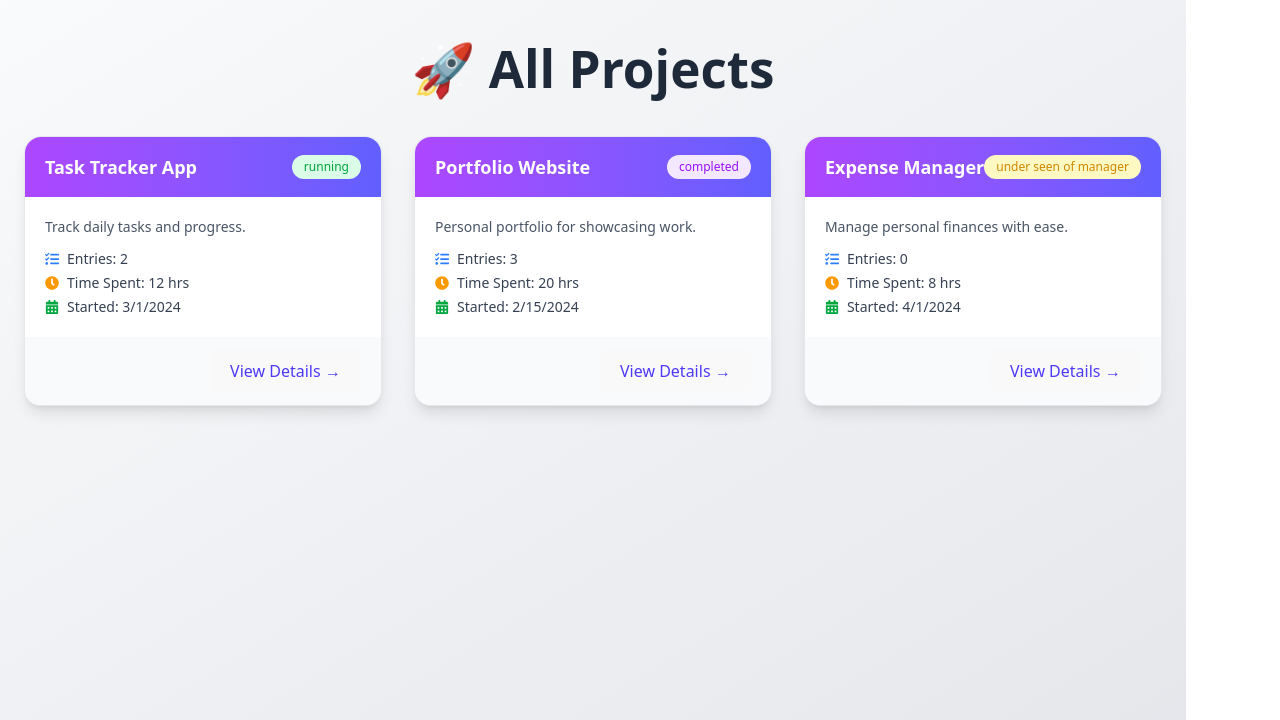
Repository: mohitagrawal0412/Workify
Page: /projects (app in client/)
These files come from the project's save history. The page is drawn as it stood at one moment and after the next save; the edit follows.
The browser window is 1280 px wide. The pictures show the whole page.
The project was rebuilt for these pictures with package versions that can differ from the ones it lists, and the page was loaded fresh each time. Also part of the build but not shown: client/vite.config.js, client/src/Components/Dashboard/Dashboard.jsx.

Above is the page before, as saved 2025-04-15 09:53:02.

After the next save:
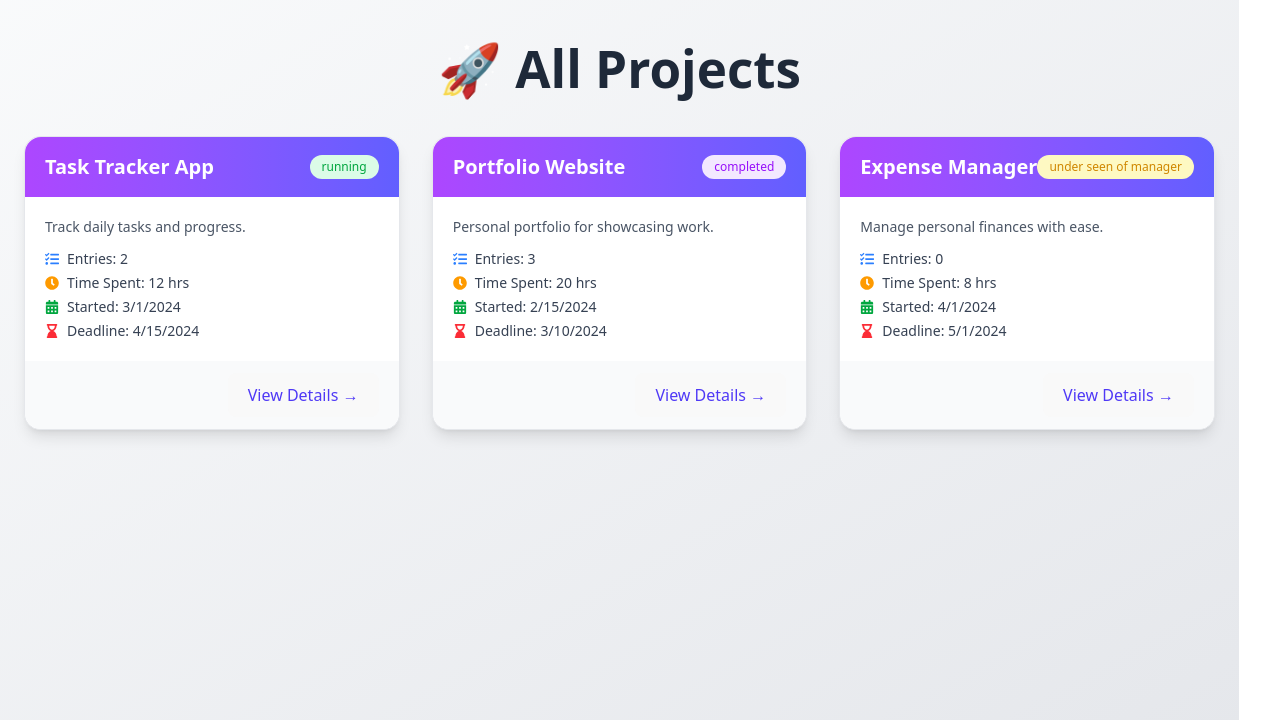
Saved 2 min 34 s later.
--- a/client/src/Components/Dashboard/AllProjects.jsx
+++ b/client/src/Components/Dashboard/AllProjects.jsx
@@ -1,5 +1,5 @@
 import React from "react";
-import { FaClock, FaTasks, FaCalendarAlt } from "react-icons/fa";
+import { FaClock, FaTasks, FaCalendarAlt, FaHourglassEnd } from "react-icons/fa";
 
 const dummyProjects = [
     {
@@ -10,6 +10,7 @@ const dummyProjects = [
         status: "running",
         entries: [1, 2],
         createdAt: "2024-03-01T10:00:00Z",
+        deadline: "2024-04-15T23:59:59Z",
     },
     {
         _id: "2",
@@ -19,6 +20,7 @@ const dummyProjects = [
         status: "completed",
         entries: [1, 2, 3],
         createdAt: "2024-02-15T08:30:00Z",
+        deadline: "2024-03-10T23:59:59Z",
     },
     {
         _id: "3",
@@ -28,6 +30,7 @@ const dummyProjects = [
         status: "under seen of manager",
         entries: [],
         createdAt: "2024-04-01T14:45:00Z",
+        deadline: "2024-05-01T23:59:59Z",
     },
 ];
 
@@ -50,7 +53,7 @@ const AllProjects = () => {
                     >
                         {/* Card Header */}
                         <div className="bg-gradient-to-r from-purple-500 to-indigo-500 text-white rounded-t-2xl px-5 py-4 flex items-center justify-between">
-                            <h2 className="text-lg font-semibold">{project.projectName}</h2>
+                            <h2 className="text-xl font-bold">{project.projectName}</h2>
                             <span
                                 className={`px-3 py-1 rounded-full text-xs font-medium ${statusColors[project.status]}`}
                             >
@@ -84,6 +87,14 @@ const AllProjects = () => {
                                         {new Date(project.createdAt).toLocaleDateString()}
                                     </span>
                                 </div>
+
+                                <div className="flex items-center gap-2">
+                                    <FaHourglassEnd className="text-red-500" />
+                                    <span>
+                                        <span className="font-medium">Deadline:</span>{" "}
+                                        {new Date(project.deadline).toLocaleDateString()}
+                                    </span>
+                                </div>
                             </div>
                         </div>
 
